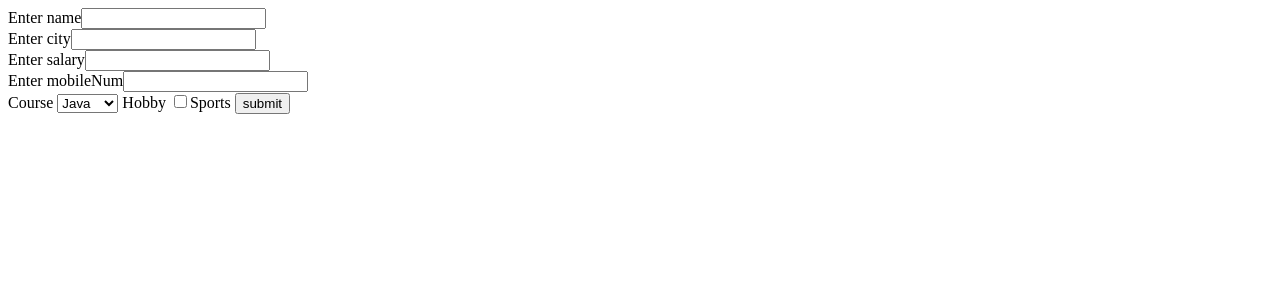
Repository: Kavya-C1/javafulltraning
Page: http://localhost/BasicJspDemo/
An editor plug-in stored every save of this project. The page is shown before and after the next save, followed by the edit.
The browser window is 1280 px wide. The pictures show the whole page.
The page is served by Tomcat 9.

Above is the page before, as saved 2024-03-13 07:04:11.

### Javademos/BasicJspDemo/src/main/webapp/index.jsp
<%@ page language="java" contentType="text/html; charset=ISO-8859-1"
    pageEncoding="ISO-8859-1"%>
<!DOCTYPE html>
<html>
<head>
<meta charset="ISO-8859-1">
<title>Insert title here</title>
</head>
<body>
<form action="register" method="post">
Enter name<input type="text" name="employeename"><br>
Enter city<input type="text" name="city"><br>
Enter salary<input type="number" name="salary"><br>
Enter mobileNum<input type="number" name="mobile"><br>

Course <select name="course">
<option value="Java">Java</option>
<option value="Spring">Spring</option>
<option value="Html">Html</option>
</select>

Hobby
<input type="checkbox" name="hobbies">Sports


<input type="submit" value="submit">
</form>
</body>
</html>

After the next save:
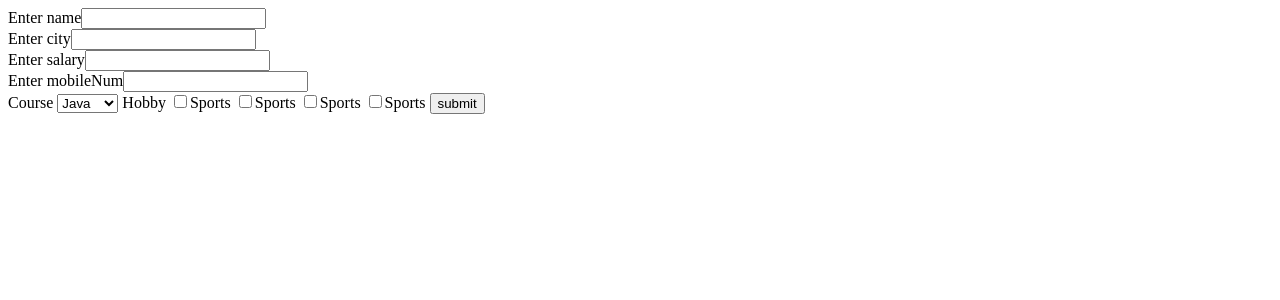
Saved 10 s later.
--- a/Javademos/BasicJspDemo/src/main/webapp/index.jsp
+++ b/Javademos/BasicJspDemo/src/main/webapp/index.jsp
@@ -21,7 +21,9 @@ Course <select name="course">
 
 Hobby
 <input type="checkbox" name="hobbies">Sports
-
+<input type="checkbox" name="hobbies">Sports
+<input type="checkbox" name="hobbies">Sports
+<input type="checkbox" name="hobbies">Sports
 
 <input type="submit" value="submit">
 </form>
